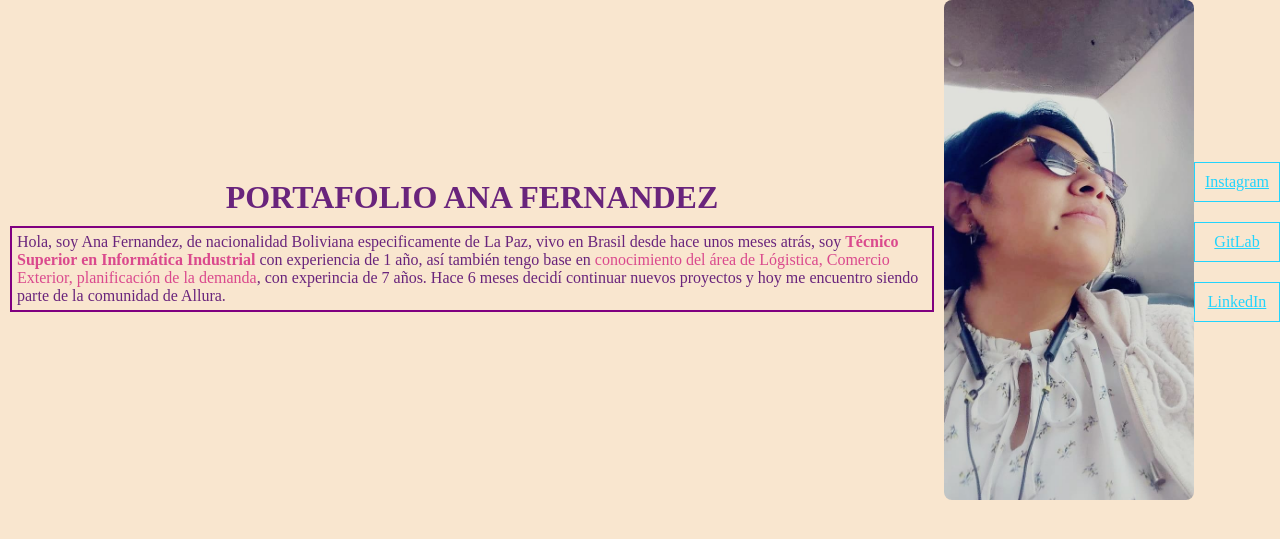
Repository: AnaFzCz/PROYECTOS-HTML---CSS2
Page: Portafolio/index.html
The author's editor kept a copy of each file at every save. The page is drawn from the files as they stood at one save, then again after the next save.
The browser window is 1280 px wide. The pictures show the whole page.

Above is the page before, as saved 2025-01-25 06:09:24.

### Portafolio/index.html
<!DOCTYPE html>
<html lang="en">
<head>
    <meta charset="UTF-8">
    <meta http-equiv="X-UA-Compatible" content="IE=edge">
    <meta name="viewport" content="width=device-width, initial-scale=1.0">
    <title>Portafolio</title>
    <link rel="stylesheet" href="style.css">
</head>
<body>
    <header>

    </header>
    <main class="presentacion">
        <div>
        <h1 style="text-align: center;">PORTAFOLIO ANA FERNANDEZ</h1>
        <p>Hola, soy Ana Fernandez, de nacionalidad Boliviana especificamente de La Paz, vivo en Brasil desde hace unos meses atrás, soy <strong class="destacar">Técnico Superior en Informática Industrial</strong> con experiencia de 1 año, así también tengo base en <span>conocimiento del área de Lógistica, Comercio Exterior, planificación de la demanda</span>, con experincia de 7 años. Hace 6 meses decidí continuar nuevos proyectos y hoy me encuentro siendo parte de la comunidad de Allura.</p>
    </div>
    <div>
        <img src="mindfullness.jpg" alt="myself" style="width:250px;height: 500px;">

    </div>
        <div class="bloq" >
        <a class="bot" href="https://instagram.com/anafzcz">Instagram</a>
        <a class="bot" href="https://github.com/AnaFzCz">GitLab</a>
        <a class="bot" href="https://linkedin.com/in/ana-fernandez-cruz-238787124">LinkedIn</a>
        <br>
        <br>

        </div>

    </main>
    <footer></footer>
</body>
</html>

### Portafolio/style.css
/*Resetear configuraciones*/
*{
  margin:0;
  padding: 0;
}

body{
  height:100vh;
  box-sizing: border-box;
  background-color: #F9E6CF;
  color:#69247C;
  font-family: "papyrus";
}

p {
  margin: 10px;
  border: 2px solid purple;
  padding: 5px;
}

.destacar{
  color:#DA498D;
}

/*contenedor de las columnas*/
.presentacion{
  display: flex;
  align-items: center;
  justify-content: space-between;
}

.container {
  display: flex;
  align-items: center;
  height: 300px; /* Altura ajustável conforme necessário */
}

.responsivo-container {
  display: flex;
  flex-direction: row;
  flex-wrap: wrap;
}

span{
 color:#DA498D;
}

a{
  color: #22D4FD;
  border: 1px solid #22D4FD;
  padding: 10px;
  text-align: center;
}
.bot {
  margin-top: 20px;
  display: flex;
  justify-content: center;
}

h1 {
   align-content: center;
}
img {
    border-radius: 8px;
    display: block;
    margin-left: auto;
    margin-right: auto;
  }

  img:hover {
    transform: scaleX(-1);
  }

After the next save:
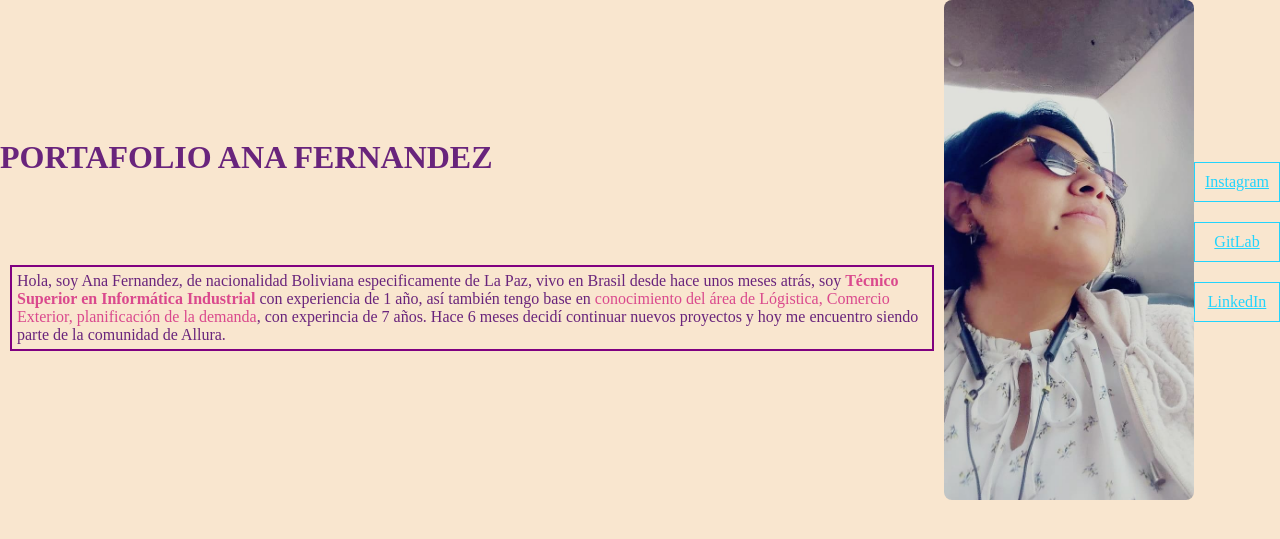
Saved 6 s later.
--- a/Portafolio/index.html
+++ b/Portafolio/index.html
@@ -12,7 +12,7 @@
 
     </header>
     <main class="presentacion">
-        <div>
+        <div class="container responsivo-container">
         <h1 style="text-align: center;">PORTAFOLIO ANA FERNANDEZ</h1>
         <p>Hola, soy Ana Fernandez, de nacionalidad Boliviana especificamente de La Paz, vivo en Brasil desde hace unos meses atrás, soy <strong class="destacar">Técnico Superior en Informática Industrial</strong> con experiencia de 1 año, así también tengo base en <span>conocimiento del área de Lógistica, Comercio Exterior, planificación de la demanda</span>, con experincia de 7 años. Hace 6 meses decidí continuar nuevos proyectos y hoy me encuentro siendo parte de la comunidad de Allura.</p>
     </div>
